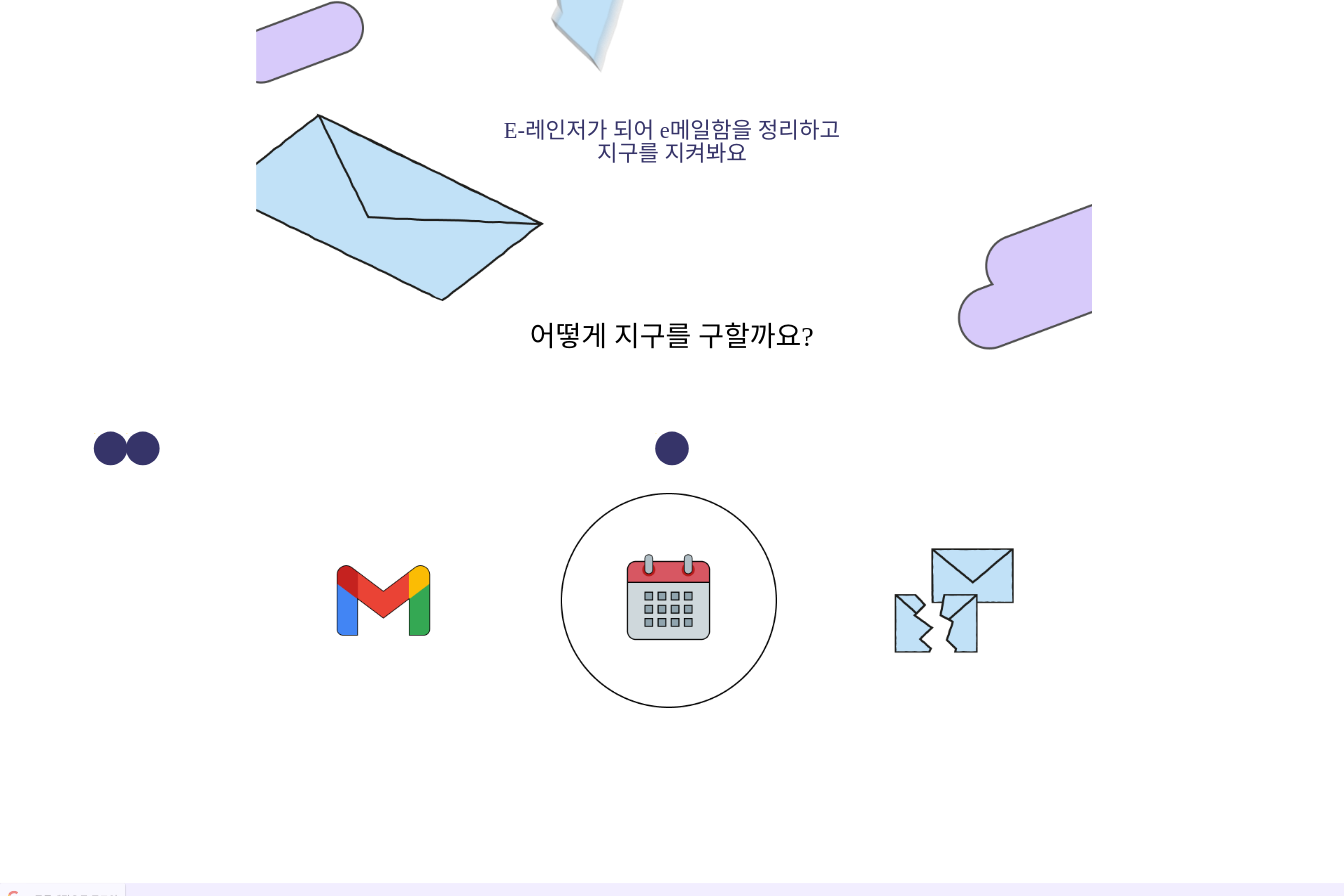
Repository: Sopkathon-30th-2/frontend
Page: /
An editor plug-in stored every save of this project. The page is shown before and after the next save, followed by the edit.
The browser window is 1280 px wide. The page is 1920 px wide, so the pictures cover 1920 px, including what lies to the right of the window. The pictures show the part of the page from y = 2461 to 3741 px (the page is 4235 px tall), at 70% of full size.
The project was rebuilt for these pictures with package versions that can differ from the ones it lists, and the page was loaded fresh each time. Also part of the build but not shown: src/components/common/ErrorBoundary.jsx, src/components/common/ErrorComponent.jsx, src/components/common/Loading.jsx, src/utils/wrapPromise.js, src/lib/index.js, src/pages/Sample.jsx, src/pages/ResultPage.jsx, src/components/common/Header.jsx and 1 more.

Above is the page before, as saved 2022-05-22 07:21:58.

### src/App.js
import Router from './cores/router';
import { ThemeProvider } from 'styled-components';
import GlobalStyle from './styles/globalStyle';
import { theme } from './styles/theme';

function App() {
  return (
    <>
      <GlobalStyle />
      <ThemeProvider theme={theme}>
      <Router />
      </ThemeProvider>
    </>
  );
}

export default App;

### src/cores/router.jsx
import React from 'react';
import { BrowserRouter, Route, Routes } from 'react-router-dom';

import Sample from '../pages/Sample';
import MainPage from '../pages/MainPage';
import ResultPage from '../pages/ResultPage';
import CleanMailPage from '../pages/CleanMailPage';

function Router() {
  return (
    <BrowserRouter>
      <Routes>
        <Route path="/" element={<MainPage />} />
        <Route path="/cleanmail" element={<CleanMailPage />} />
        <Route path="/result" element={<ResultPage />} />
        <Route path="/sample" element={<Sample />} />
      </Routes>
    </BrowserRouter>
  );
}

export default Router;

### src/styles/globalStyle.jsx
import { createGlobalStyle } from 'styled-components';
import { reset } from 'styled-reset';

import { theme } from './theme';

const GlobalStyle = createGlobalStyle`
  ${reset}
  /* @font-face {font-family:; src: url("") format(""); } */
  #root, body,html {
    margin: 0 auto;
    font-size: 10px;
    font-family: "GmarketSansTTFMedium";
  }
  #root{
    /* background-color: ; */
  }
  * {
    box-sizing: border-box;
	}
  button:hover {
    cursor: pointer;
  }
`;

export default GlobalStyle;

### src/pages/MainPage.jsx
import React from 'react';
import styled from 'styled-components';
import GoogleLogin from 'react-google-login';
import Frame from '../assets/image/Frame.png';
import Logo from '../assets/image/MainPageLogo.png';

const BackgroundIMG = styled.img`
  width: 119.4rem;
  height: 423.6rem;
  margin-left: 36.6rem;
  margin-top: -1.8rem;
  position: absolute;
  z-index: 2;
`;

const MainPageLogo = styled.img`
  width: 60rem;
  height: 37.2rem;
  margin-top: 15.6rem;
  margin-left: 66rem;
  position: absolute;
  z-index: 3;
`;

const HeaderContent = styled.div`
  position: absolute;
  width: 93.4rem;
  height: 7.4rem;
  letter-spacing: -0.1rem;
  margin-top: 59.6rem;
  margin-left: 49.3rem;
  font-size: 3.2rem;
  text-align: center;
  color: #363469;
  z-index: 1;
`;
const MainContentFirst = styled.div`
  position: absolute;
  width: 72.3rem;
  height: 7.4rem;
  margin-top: 167.3rem;
  margin-left: 59.9rem;
  font-size: 3.2rem;
  text-align: center;
  z-index: 1;
  color: #363469;
`;
const MainContentSecond = styled.div`
  position: absolute;
  width: 52.6rem;
  height: 7.4rem;
  margin-top: 263.2rem;
  margin-left: 69.7rem;
  font-size: 3.2rem;
  text-align: center;
  z-index: 1;
  color: #363469;
`;

const HowToUseTitle = styled.div`
  position: absolute;
  width: 43.3rem;
  height: 4rem;
  margin-top: 292.3rem;
  margin-left: 74.3rem;
  font-size: 4rem;
  text-align: center;
  z-index: 1;
`;

const HowToUseFirst = styled.div`
  font-size: 0.4rem;
  margin-left: 93.6rem;
  margin-top: 307.8rem;
  width: 4.8rem;
  height: 4.8rem;
  border-radius: 24px;
  color: #ffb800;
  background-color: #363469;
  position: absolute;
`;
const HowToUseSecond = styled.div`
  font-size: 0.4rem;
  margin-left: 13.44rem;
  margin-top: 307.8rem;
  width: 4.8rem;
  height: 4.8rem;
  border-radius: 24px;
  color: #ffb800;
  background-color: #363469;
  position: absolute;
`;
const HowToUseThird = styled.div`
  font-size: 0.4rem;
  margin-left: 18rem;
  margin-top: 307.8rem;
  width: 4.8rem;
  height: 4.8rem;
  border-radius: 24px;
  color: #ffb800;
  background-color: #363469;
  position: absolute;
`;

const Googlebox = styled.div`
  position: absolute;
  background-color: #f2eeff;
  width: 192rem;
  height: 51.2rem;
  margin-top: 372.3rem;
  margin-left: 0;
`;

const GoogleTitle = styled.div`
  position: absolute;
  width: 44.8rem;
  height: 4rem;
  margin-top: 379.8rem;
  margin-left: 73.6rem;
  font-size: 4rem;
  text-align: center;
  z-index: 1;
`;

const Googlebtn = styled.div`
  position: absolute;
  width: 44.8rem;
  height: 40rem;
  margin-top: 378.9rem;
  margin-left: 73.6rem;
  font-size: 4rem;
  text-align: center;
  z-index: 1;
`;

function MainPage() {
  const clientId = '875173824142-lrkt4j1fp9s1vvvstrtocv1bdpsk2v0u.apps.googleusercontent.com';
  const onSuccess = async (response) => {
    console.log(response);
  };
  const onFailure = (error) => {
    console.log(error);
  };

  return (
    <>
      <div>
        <MainPageLogo src={Logo} />
      </div>
      <div>
        <BackgroundIMG src={Frame} />
      </div>
      <HeaderContent>
        지구의 e존층을 통해 쓸모 없는 인터넷 기록들이 넘쳐 흐르고 있어요. <br /> 지구가 E:레이저들에게 도움을 요청하고
        있어요
      </HeaderContent>
      <MainContentFirst>
        아파하는 지구를 위해 <br /> 오래된 메일함을 정리할 새로운 E:레인저가 필요해요
      </MainContentFirst>
      <MainContentSecond>
        E-레인저가 되어 e메일함을 정리하고
        <br /> 지구를 지켜봐요
      </MainContentSecond>
      <HowToUseTitle>어떻게 지구를 구할까요?</HowToUseTitle>
      <HowToUseFirst>1</HowToUseFirst>
      <HowToUseSecond>2</HowToUseSecond>
      <HowToUseThird>3</HowToUseThird>
      <GoogleTitle>E:레인저 합류하기</GoogleTitle>
      <Googlebox>
        <GoogleLogin
          buttonText="구글계정으로 로그인"
          clientId={clientId}
          responseType={'id_token'}
          onSuccess={onSuccess}
          onFailure={onFailure}
          style={Googlebtn}
        />
      </Googlebox>
    </>
  );
}

export default MainPage;

Loaded but not shown: public/index.html (common file); src/index.js (common file); src/styles/theme.jsx (common file)

After the next save:
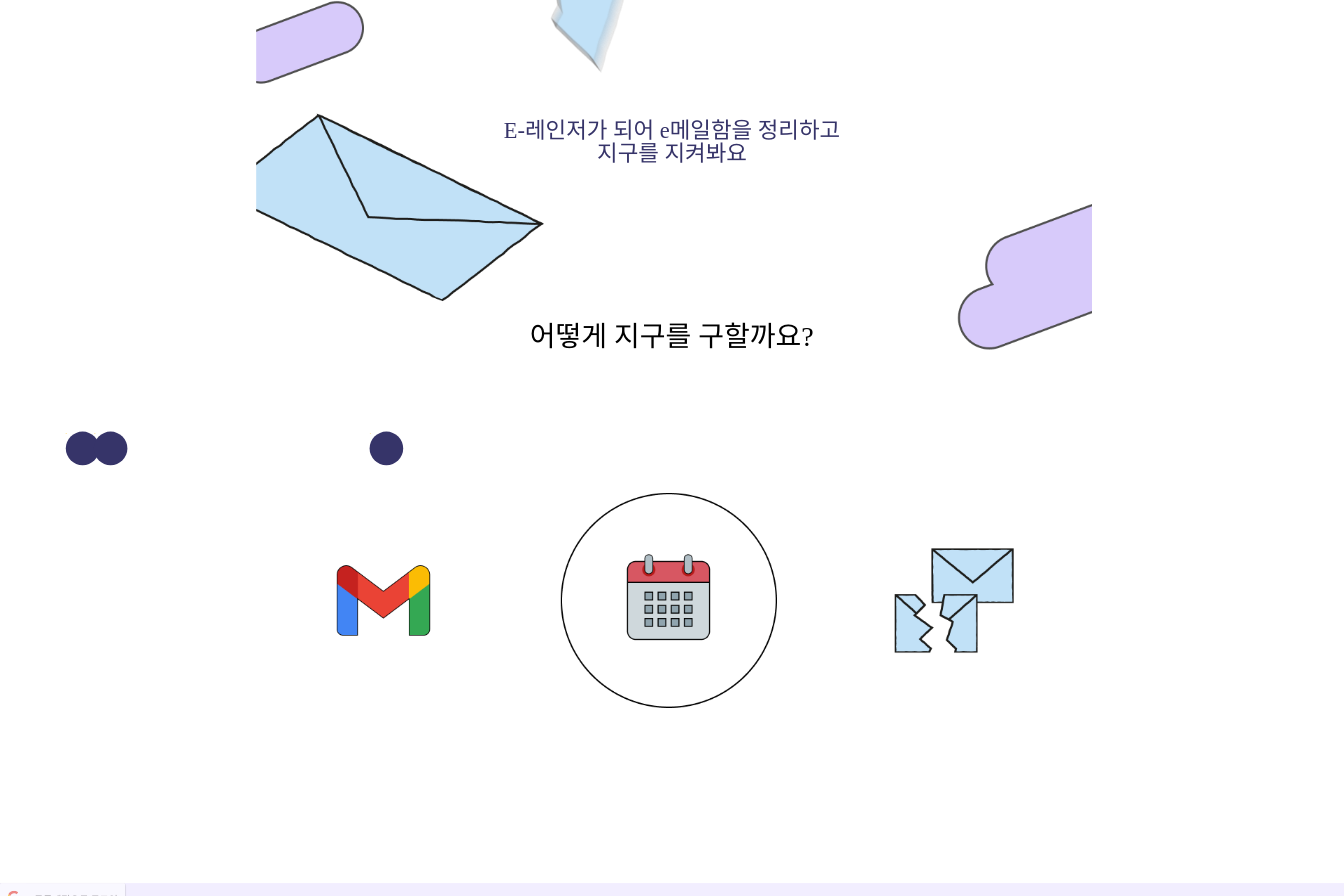
Saved 61 s later.
--- a/src/pages/MainPage.jsx
+++ b/src/pages/MainPage.jsx
@@ -70,7 +70,7 @@
 
 const HowToUseFirst = styled.div`
   font-size: 0.4rem;
-  margin-left: 93.6rem;
+  margin-left: 52.8rem;
   margin-top: 307.8rem;
   width: 4.8rem;
   height: 4.8rem;
@@ -81,7 +81,7 @@
 `;
 const HowToUseSecond = styled.div`
   font-size: 0.4rem;
-  margin-left: 13.44rem;
+  margin-left: 9.36rem;
   margin-top: 307.8rem;
   width: 4.8rem;
   height: 4.8rem;
@@ -92,7 +92,7 @@
 `;
 const HowToUseThird = styled.div`
   font-size: 0.4rem;
-  margin-left: 18rem;
+  margin-left: 13.44rem;
   margin-top: 307.8rem;
   width: 4.8rem;
   height: 4.8rem;
